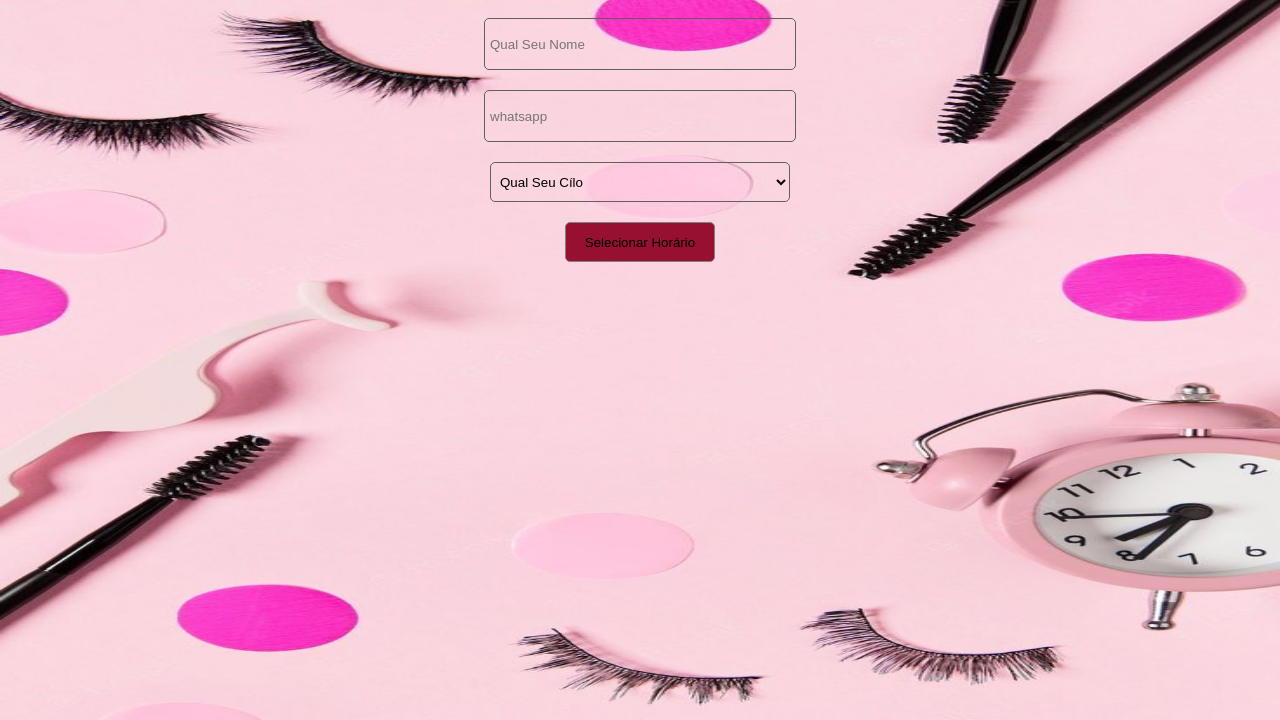
Repository: ketlyn-lash-designer/Ketlyn_Lash_Designer
Page: src/Pages/Home.html
These files come from the project's save history. The page is drawn as it stood at one moment and after a run of saves; the edit follows.
The browser window is 1280 px wide. The pictures show the whole page.
The pointer rests on the first visible `button`.

Above is the page before, as saved 2024-03-27 22:17:06.

### src/Pages/Home.html
<!DOCTYPE html>
<html lang="pt-BR">
  <head>
    <meta charset="UTF-8" />
    <meta name="viewport" content="width=device-width, initial-scale=1.0" />
    <link rel="stylesheet" href="../Styles/Home.css" />

    <title>ketlyn_lash_designer.com</title>
  </head>
  <body>
    <div class="form">
      <input placeholder="Qual Seu Nome" type="text" name="nome" />
      <input placeholder="whatsapp" type="text" name="whatsapp" />
      <select name="tipo_cilio">
        <option value="cilios_posticos">Qual Seu Cílo</option>
        <option value="curvex">Curvex</option>
      </select>
      <button>Selecionar Horário</button>
    </div>
  </body>
</html>

### src/Styles/Home.css
body {
  background-image: url("../images/lash_2.jpeg");
  background-size: 100% 100%;
  background-position: center;
  background-attachment: fixed;
  background-repeat: no-repeat;
}

.form {
  display: flex;
  flex-direction: column;
  justify-content: center;
  align-items: center;
}

input,
select {
  width: 300px;
  height: 40px;
  margin: 10px;
  padding: 5px;
  border: 1px solid rgb(97, 96, 96);
  border-radius: 5px;
  background-color: transparent;
}

button {
  width: 150px;
  height: 40px;
  margin: 10px;
  padding: 5px;
  background-color: transparent;
  border: 1px solid grey;
  border-radius: 5px;
}

button:hover {
  background-color: #971032;
}

After the next 2 saves:
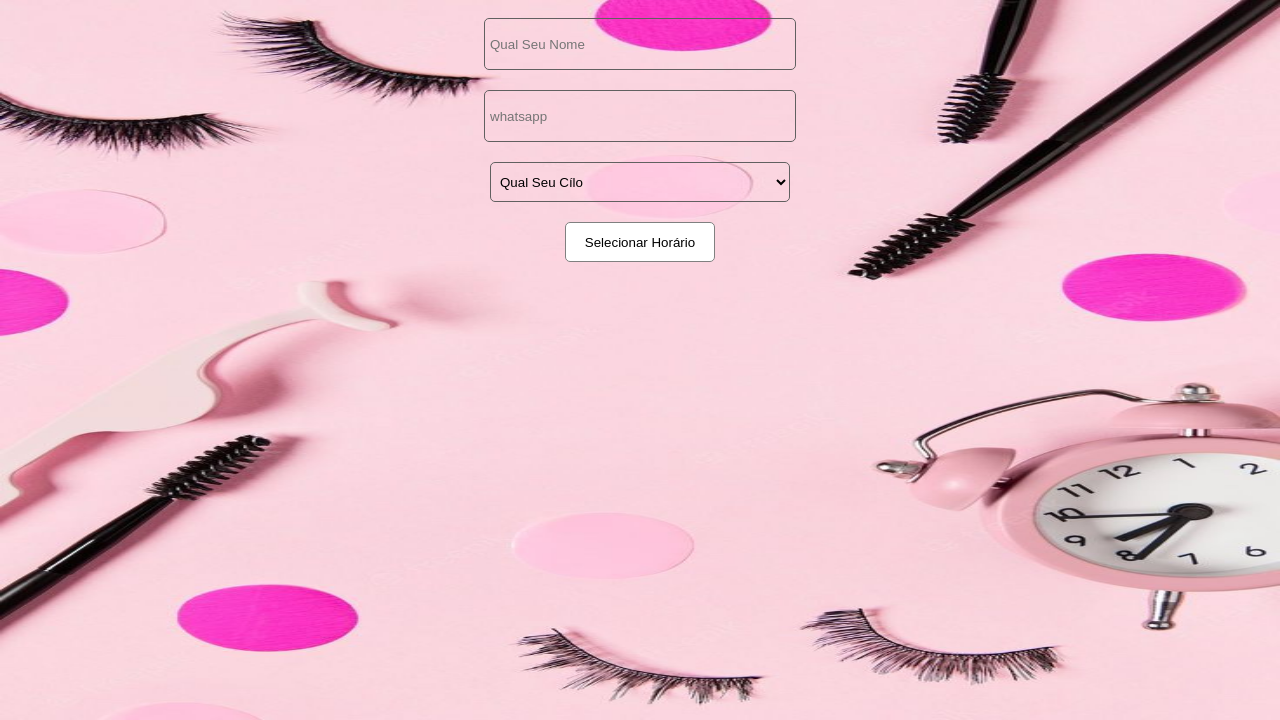
The 2 saves are shown as one change because they came seconds apart.
The last was saved 29 s later.
--- a/src/Styles/Home.css
+++ b/src/Styles/Home.css
@@ -35,5 +35,5 @@ button {
 }
 
 button:hover {
-  background-color: #971032;
+  background-color: white;
 }
